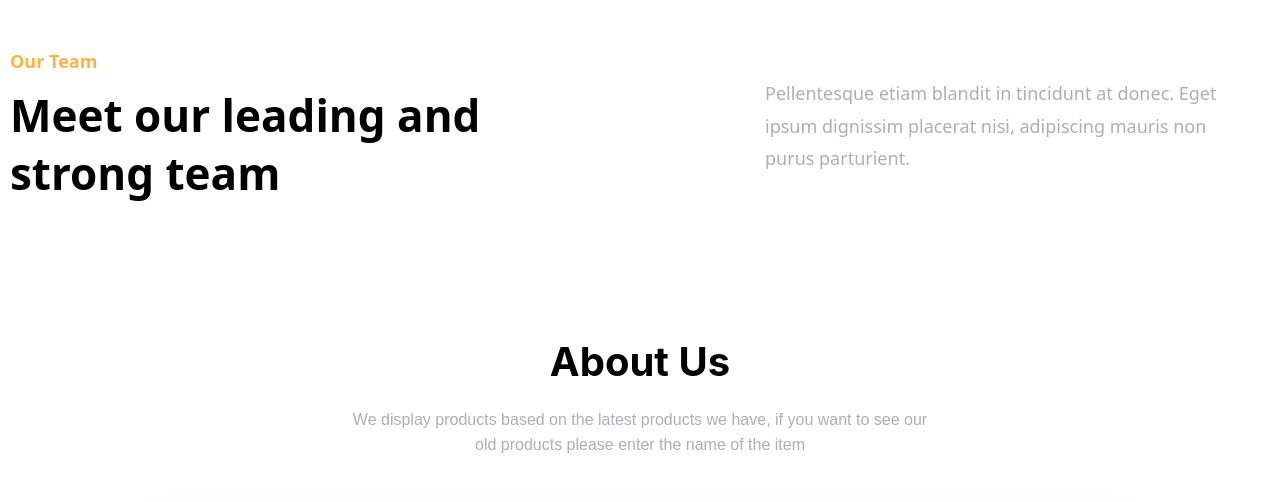
Repository: archis-academy/december-frontend-lalasia-2025
Page: /AboutUs
The author's editor kept a copy of each file at every save. The page is drawn from the files as they stood at one save, then again after the next save.
The browser window is 1280 px wide. The pictures show the part of the page from y = 0 to 502 px (the page is 1587 px tall).
Pictures or frames that could not be fetched are drawn as grey boxes. The page's requests for data from a server got no answer. Some web fonts or font styles are not loaded; a fallback is used. The project was rebuilt for these pictures with package versions that can differ from the ones it lists, and the page was loaded fresh each time. No one was signed in, and anything a server would have sent is missing. Also part of the build but not shown: vite.config.ts, src/components/welcome/benefits.scss, src/components/welcome/benefitsd.tsx, src/components/Article/Article.module.scss, src/components/Article/ArticleCard.module.scss, src/components/CustomButton/CustomButton.tsx, src/components/Arrow/Arrow.tsx, src/components/Article/ArticleCard.tsx and 19 more.

Above is the page before, as saved 2026-02-04 20:44:53.

After the next save:
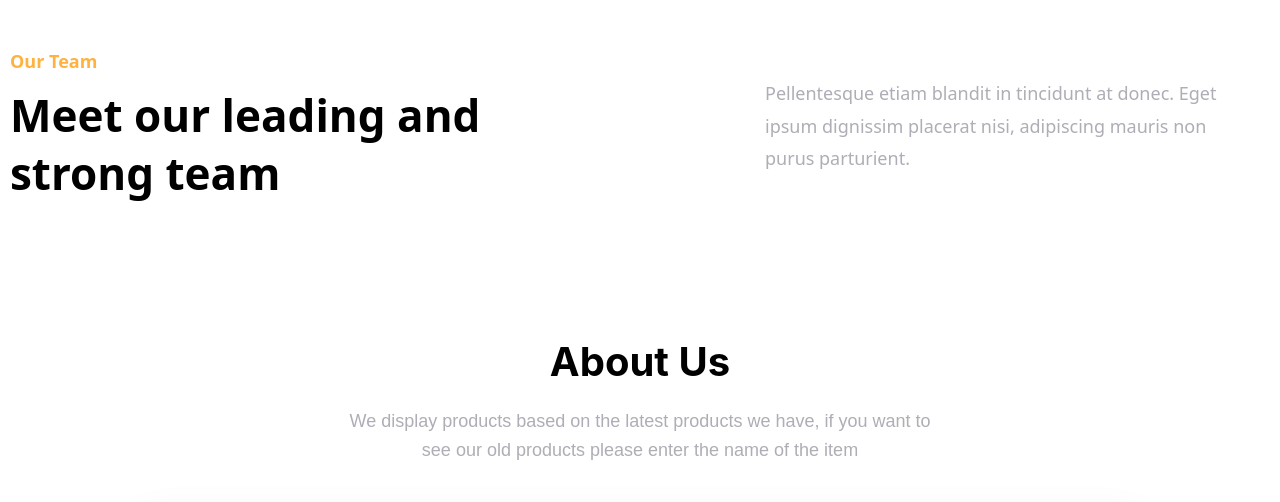
Saved 102 s later.
--- a/src/components/HeroSection/HeroSection.scss
+++ b/src/components/HeroSection/HeroSection.scss
@@ -23,7 +23,7 @@
 
     .description {
         font-family: sans-serif;
-      font-size: 1rem;
+      font-size: 18px;
     color: $paragraph-color;
       max-width: 600px;
       margin: 0 auto;
